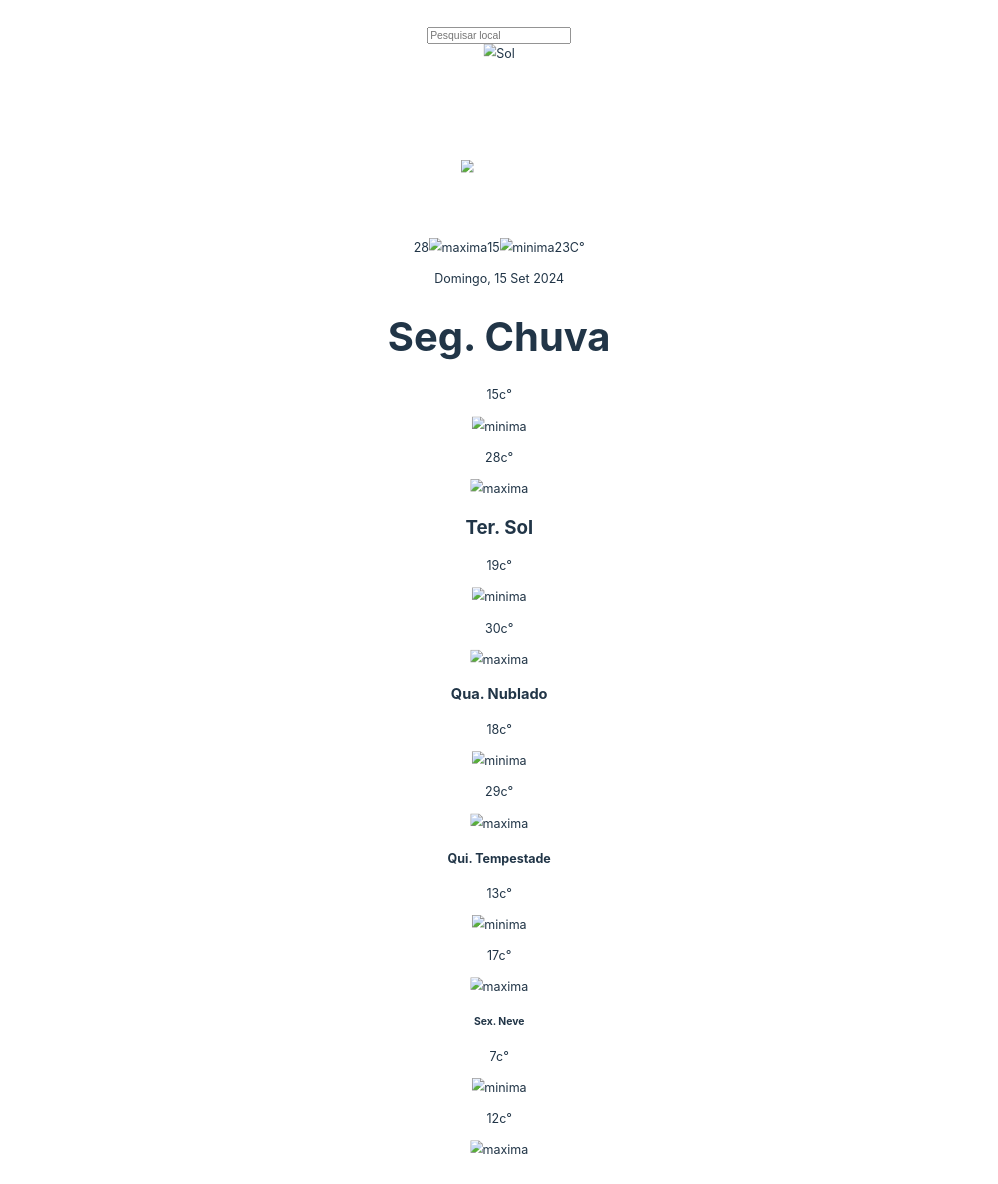
Repository: LucasLora/clima-360
Page: / (app in frontend/clima-360/)
An editor plug-in stored every save of this project. The page is shown before and after the next save, followed by the edit.
The browser window is 1280 px wide. The pictures show the whole page, at 78% of full size.
The project was rebuilt for these pictures with package versions that can differ from the ones it lists, and the page was loaded fresh each time. Also part of the build but not shown: frontend/clima-360/vite.config.js.

Above is the page before, as saved 2024-09-15 21:56:47.

After the next save:
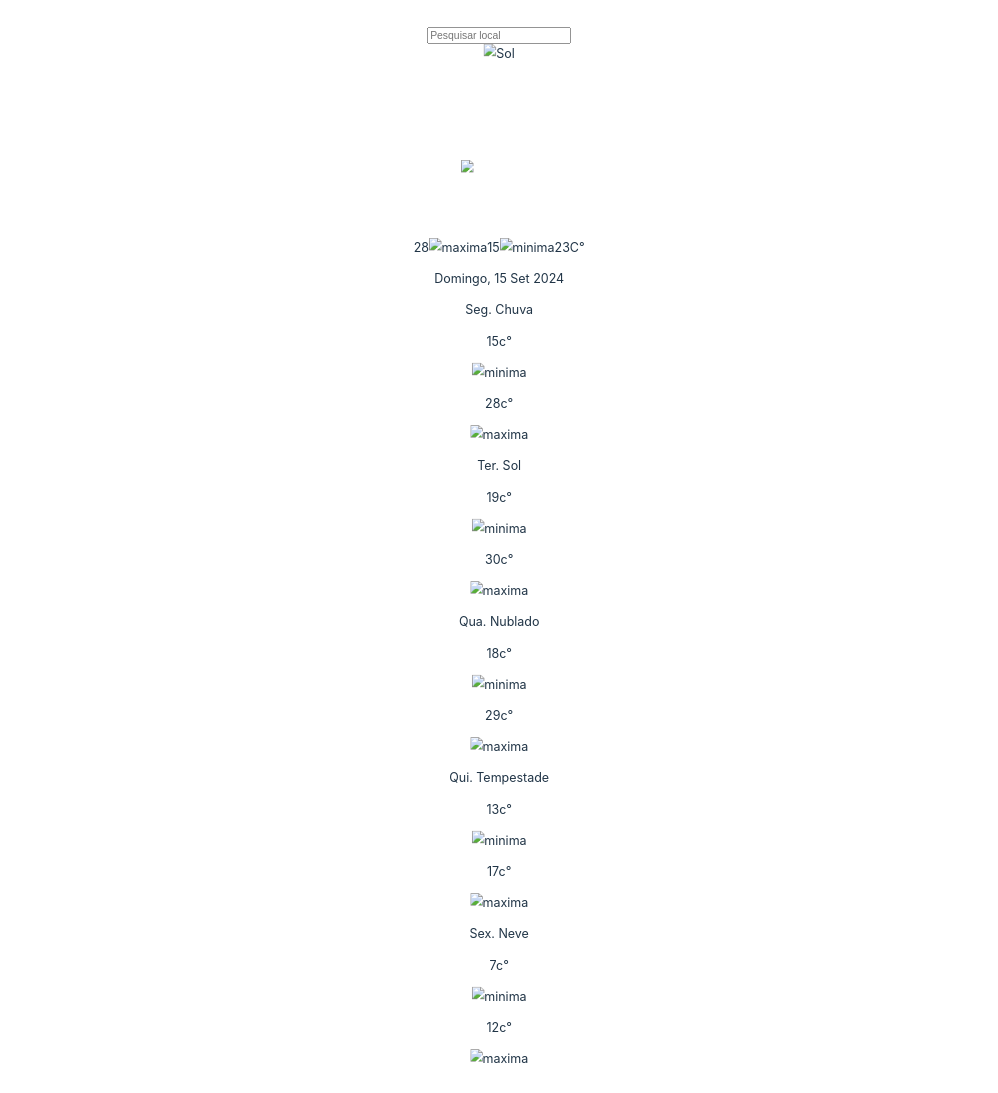
Saved 16 min 34 s later.
--- a/frontend/clima-360/src/components/Forecast/index.jsx
+++ b/frontend/clima-360/src/components/Forecast/index.jsx
@@ -1,26 +1,26 @@
 export default function Forecast() {
   return <div>
-<h1>Seg. Chuva</h1>
+<p>Seg. Chuva</p>
 <p>15c°</p>
 <img src="#" alt="minima" />
 <p>28c°</p>
 <img src="#" alt="maxima" />
-<h2>Ter. Sol</h2>
+<p>Ter. Sol</p>
  <p>19c°</p>
  <img src="#" alt="minima" />
 <p>30c°</p>
   <img src="#" alt="maxima" />
-<h3>Qua. Nublado</h3>
+<p>Qua. Nublado</p>
 <p>18c°</p>
 <img src="#" alt="minima" p/>
 <p>29c°</p>
 <img src="#" alt="maxima" />
-<h4>Qui. Tempestade</h4>
+<p>Qui. Tempestade</p>
 <p>13c°</p>
 <img src="#" alt="minima" />
 <p>17c°</p>
 <img src="#" alt="maxima" />
-<h5>Sex. Neve</h5>
+<p>Sex. Neve</p>
 <p>7c°</p>
 <img src="#" alt="minima" />
 <p>12c°</p>
